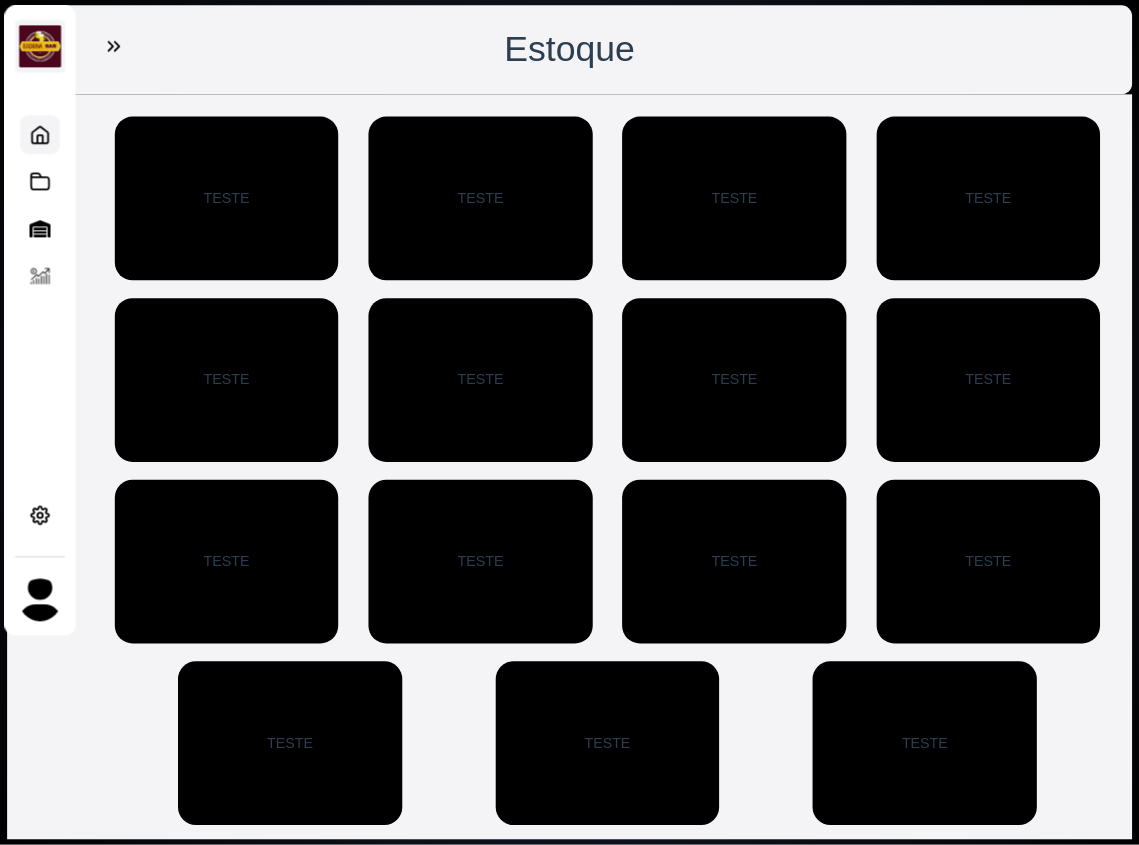
Repository: jazaoo13/Projeto_Oficina_Integracao
Page: / (app in Aplicacao_vue/)
An editor plug-in stored every save of this project. The page is shown before and after the next save, followed by the edit.
The browser window is 1280 px wide. The pictures show the whole page, at 89% of full size.
The page's requests for data from a server got no answer. The project was rebuilt for these pictures with package versions that can differ from the ones it lists, and the page was loaded fresh each time. No one was signed in, and anything a server would have sent is missing. Also part of the build but not shown: Aplicacao_vue/vue.config.js, Aplicacao_vue/src/View/jazao.vue.

Above is the page before, as saved 2023-11-19 17:07:18.

After the next save:
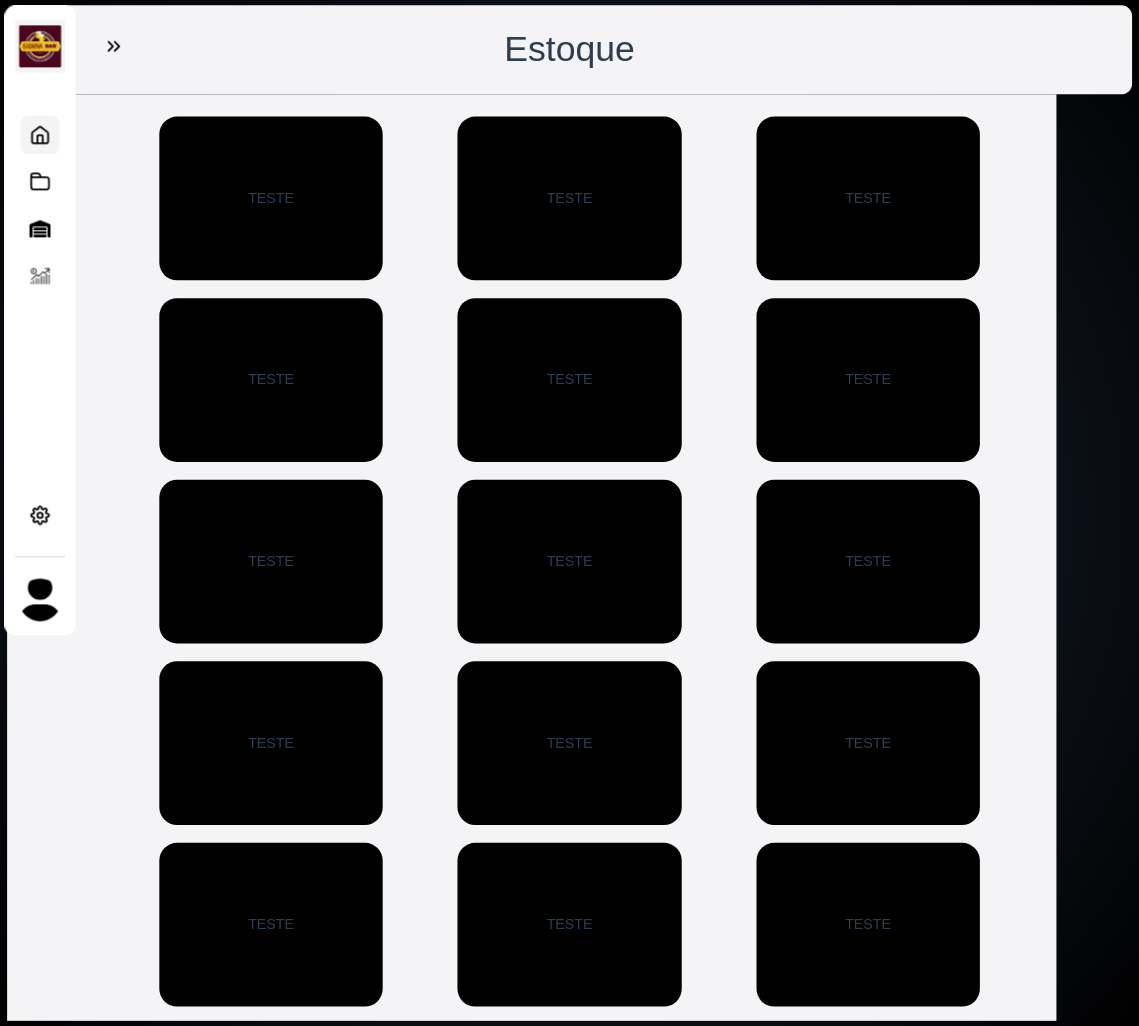
Saved 11 s later.
--- a/Aplicacao_vue/src/components/EstoqueView.vue
+++ b/Aplicacao_vue/src/components/EstoqueView.vue
@@ -56,6 +56,7 @@ export default {
 .fundo{
     background-color: #f4f4f6;
     height: 100%;
+    width: calc(100% - 85px);
 }
 
 .items {
